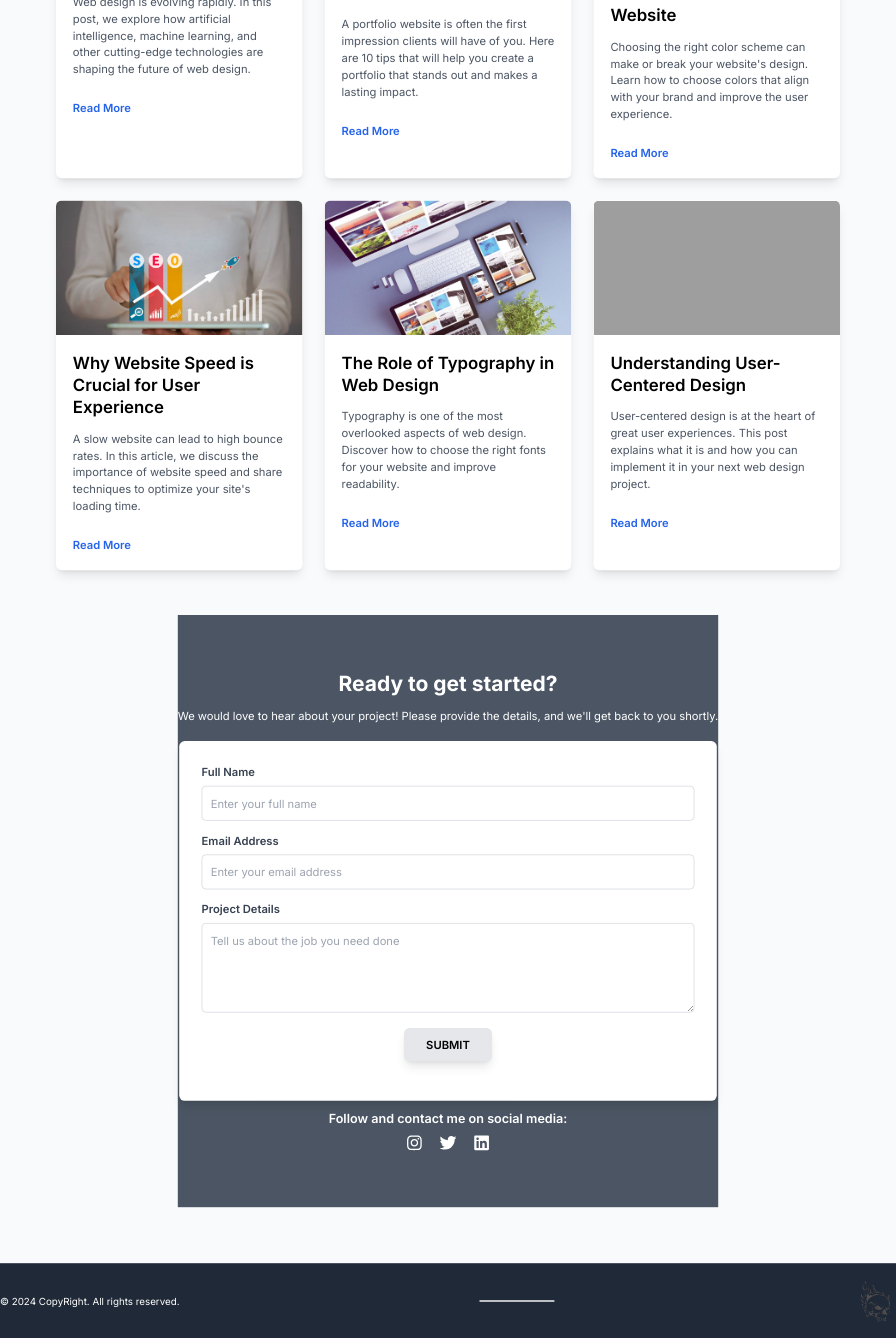
Repository: TheSecretlifeOfX/landing1
Page: /
The author's editor kept a copy of each file at every save. The page is drawn from the files as they stood at one save, then again after the next save.
The browser window is 1280 px wide. The pictures show the part of the page from y = 2982 to 4902 px (the page is 4894 px tall before and 4902 px after), at 70% of full size.
Pictures or frames that could not be fetched are drawn as grey boxes. The project was rebuilt for these pictures with package versions that can differ from the ones it lists, and the page was loaded fresh each time. The framework's server and built-in components were replaced by stand-ins that run in the browser. Also part of the build but not shown: next.config.js.

Above is the page before, as saved 2024-11-16 08:48:01.

### app/layout.tsx
import Link from 'next/link'
import './globals.css'
import type { Metadata } from 'next'
import { Inter } from 'next/font/google'

import Navbar from "@/app/components/Navbar";
import Footer from '@/app/components/Footer';


const inter = Inter({ subsets: ['latin'] })

export const metadata: Metadata = {
  title: 'Create Next App',
  description: 'Generated by create next app',
}

export default function RootLayout({
  children,
}: {
  children: React.ReactNode
}) {
  return (
    <html lang="en">
      <body className={inter.className}>
      <nav>
        <Navbar />
      </nav>
      {children}
      <footer>
        <Footer />
      </footer>
      </body>
    </html>
  )
}

### app/page.tsx
import HeroSection from "@/app/components/HeroSection";
import FeaturesSection from "@/app/components/FeaturesSection";
import CallToAction from "@/app/components/CallToAction";
import Service from "@/app/components/Service";
import Blog from "@/app/components/Blog";
// app/page.tsx
export default function Home() {
  return (
    <main className="flex flex-col items-center justify-center min-h-screen px-4 bg-gray-50">
      <HeroSection />
      <FeaturesSection />
      <Service />
      <Blog />
      <CallToAction />
    </main>
  );
}

### app/components/Navbar.tsx
// src/components/Navbar.tsx
import React from "react";
import Link from "next/link";
import Image from "next/image";

export default function Navbar() {
  return (
    <nav className="fixed top-0 left-0 w-full bg-gray-800 p-2 text-white shadow-md z-50">
      <div className="container mx-auto flex items-center">
        {/* Logo Section on the Left */}
        <div className="flex items-center mr-10 ml-[-50]">
          <Link href="/">
            <Image
              src="/Images/Logo.png"
              alt="MyBrand Logo"
              width={60}
              height={60}
              className="cursor-pointer"
              priority
            />
          </Link>
        </div>

        {/* Navigation Links Centered */}
        <ul className="flex space-x-4">
          <li>
            <a href="#hero" className="hover:text-gray-400">
              About Me
            </a>
          </li>
          <li>
            <a href="#features" className="hover:text-gray-400">
              Portfolio
            </a>
          </li>
          <li>
            <a href="#service" className="hover:text-gray-400">
              Services
            </a>
          </li>
          <li>
            <a href="#blog" className="hover:text-gray-400">
              Blog
            </a>
          </li>
        </ul>

        {/* "Book A Call" Button on the Right */}
        <ul className="flex items-center ml-auto">
  <li>
    <a
      href="#contact"
      className="flex items-center px-4 py-2 text-white font-semibold rounded-lg hover:bg-gray-700 transition duration-300 underline"
    >
      Book A Call
      <svg
        xmlns="http://www.w3.org/2000/svg"
        viewBox="0 0 24 24"
        fill="none"
        stroke="currentColor"
        strokeWidth="2"
        className="w-5 h-5 ml-2"
      >
        <path
          d="M7 17L17 7M7 7h10v10"
          strokeLinecap="round"
          strokeLinejoin="round"
        />
      </svg>
    </a>
  </li>
</ul>
      </div>
    </nav>
  );
}

### app/components/Footer.tsx
import React from 'react';
import Image from 'next/image';

export default function Footer() {
  return (
    <footer className="bg-gray-800 text-white py-6">
      <div className="container mx-auto flex justify-between items-center">
        {/* Copyright Notice on the Left */}
        <div className="text-sm">
          <p>&copy; 2024 CopyRight. All rights reserved.</p>
        </div>

        {/* Double Line Divider */}
        <div className="w-1/12 border-t-2 border-white mx-4"></div> {/* Double Line Divider */}

        {/* Logo on the Right */}
        <div>
          <Image
            src="/Images/Logo.png"
            alt="Logo"
            width={60}
            height={60}
            className="cursor-pointer"
          />
        </div>
      </div>
    </footer>
  );
}

### app/components/HeroSection.tsx
// components/HeroSection.tsx
export default function HeroSection() {
  return (
    <section
      id="hero"
      className="w-full py-32 bg-white-600 text-gray-600 flex flex-col items-center justify-center mt-20"
    >
      <h1 className="text-5xl font-bold mb-8">About Me</h1>
      <p className="text-xl mb-12 max-w-3xl text-center">
        I'm a passionate web developer who builds modern, responsive websites with Next.js and other cutting-edge technologies.
      </p>

      {/* About Me Cards */}
      <div className="grid grid-cols-1 sm:grid-cols-2 lg:grid-cols-3 gap-8 px-4">
        {/* Card 1 - Bio */}
        <div className="bg-gray-400 text-black-600 rounded-lg shadow-lg p-6 hover:shadow-xl transition duration-300">
          <h3 className="text-2xl font-semibold mb-4">Bio</h3>
          <p className="text-lg">
            I'm a self-taught developer with a passion for learning and building. With a strong foundation in JavaScript and React, I enjoy turning ideas into functional and beautiful websites.
          </p>
        </div>

        {/* Card 2 - Skills */}
        <div className="bg-gray-400 text-black-600 rounded-lg shadow-lg p-6 hover:shadow-xl transition duration-300">
          <h3 className="text-2xl font-semibold mb-4">Skills</h3>
          <ul className="text-lg list-disc pl-5">
            <li>JavaScript / TypeScript</li>
            <li>React / Next.js</li>
            <li>HTML & CSS</li>
            <li>Node.js</li>
            <li>Tailwind CSS</li>
          </ul>
        </div>

        {/* Card 3 - Experience */}
        <div className="bg-gray-400 text-black-600 rounded-lg shadow-lg p-6 hover:shadow-xl transition duration-300">
          <h3 className="text-2xl font-semibold mb-4">Experience</h3>
          <p className="text-lg">
            Over the past 3 years, I have worked on various web development projects, building both front-end and back-end solutions. My experience spans across freelancing, contributing to open-source, and working in teams.
          </p>
        </div>
      </div>
    </section>
  );
}

### app/components/FeaturesSection.tsx
// components/FeaturesSection.tsx
export default function FeaturesSection() {
  return (
    <section id="features" className="py-16 bg-gray-50">
      <div className="max-w-6xl mx-auto px-4">
        <h2 className="text-3xl font-bold text-center mb-12">My Portfolio</h2>
        <div className="grid grid-cols-1 sm:grid-cols-2 lg:grid-cols-3 gap-8">
          {/* Project 1 */}
          <Project
            title="Project One"
            description="A modern website built with React and Next.js."
            imageSrc="/path/to/image1.jpg"
            link="#"
          />
          {/* Project 2 */}
          <Project
            title="Project Two"
            description="E-commerce site with full payment integration."
            imageSrc="/path/to/image2.jpg"
            link="#"
          />
          {/* Project 3 */}
          <Project
            title="Project Three"
            description="A mobile app interface designed with Flutter."
            imageSrc="/path/to/image3.jpg"
            link="#"
          />
          {/* Project 4 */}
          <Project
            title="Project Four"
            description="A personal blog with SEO optimization and markdown support."
            imageSrc="/path/to/image4.jpg"
            link="#"
          />
          {/* Project 5 */}
          <Project
            title="Project Five"
            description="A portfolio website with smooth animations."
            imageSrc="/path/to/image5.jpg"
            link="#"
          />
          {/* Project 6 */}
          <Project
            title="Project Six"
            description="A social networking app with real-time messaging."
            imageSrc="/path/to/image6.jpg"
            link="#"
          />
        </div>
      </div>
    </section>
  );
}

function Project({
  title,
  description,
  imageSrc,
  link,
}: {
  title: string;
  description: string;
  imageSrc: string;
  link: string;
}) {
  return (
    <div className="bg-white rounded-lg shadow-lg overflow-hidden">
      <img src={imageSrc} alt={title} className="w-full h-48 object-cover" />
      <div className="p-6">
        <h3 className="text-xl font-semibold mb-2">{title}</h3>
        <p className="text-gray-600 mb-4">{description}</p>
        <a
          href={link}
          className=" text-blue-600 hover:text-blue-800 font-semibold flex items-center"
        >
          View Project
          <svg
            xmlns="http://www.w3.org/2000/svg"
            viewBox="0 0 24 24"
            fill="none"
            stroke="currentColor"
            strokeWidth="2"
            className="w-5 h-5 ml-2 transform rotate-45"
          >
            <path
              d="M7 17L17 7M7 7h10v10"
              strokeLinecap="round"
              strokeLinejoin="round"
            />
          </svg>
        </a>
      </div>
    </div>
  );
}

### app/components/CallToAction.tsx
import React from 'react';
import { FaInstagram, FaTwitter, FaLinkedin } from 'react-icons/fa'; // Import icons from react-icons

export default function CallToAction() {
  return (
    <section id="contact" className="py-20 text-center bg-gray-600 text-white mt-[-90] mb-20">
      <h2 className="text-3xl font-bold mb-4">Ready to get started?</h2>
      <p className="mb-6">We would love to hear about your project! Please provide the details, and we'll get back to you shortly.</p>

      {/* Contact Form */}
      <form className="max-w-3xl mx-auto bg-white p-8 rounded-lg shadow-lg">
        <div className="mb-4">
          <label htmlFor="name" className="block text-left text-gray-700 font-semibold mb-2">Full Name</label>
          <input
            type="text"
            id="name"
            name="name"
            placeholder="Enter your full name"
            className="w-full p-3 border border-gray-300 rounded-md"
            required
          />
        </div>

        <div className="mb-4">
          <label htmlFor="email" className="block text-left text-gray-700 font-semibold mb-2">Email Address</label>
          <input
            type="email"
            id="email"
            name="email"
            placeholder="Enter your email address"
            className="w-full p-3 border border-gray-300 rounded-md"
            required
          />
        </div>

        <div className="mb-4">
          <label htmlFor="job-details" className="block text-left text-gray-700 font-semibold mb-2">Project Details</label>
          <textarea
            id="job-details"
            name="job-details"
            placeholder="Tell us about the job you need done"
            className="w-full p-3 border border-gray-300 rounded-md h-32"
            required
          />
        </div>

        <div className="mb-6">
          <button type="submit" className="px-8 py-3 bg-gray-200 text-black font-semibold rounded-lg shadow-lg hover:bg-gray-400">
            SUBMIT
          </button>
        </div>
      </form>

      {/* Social Media Links with Icons */}
      <div className="mt-3">
        <p className="text-lg font-semibold">Follow and contact me on social media:</p>
        <div className="flex justify-center space-x-6 mt-2">
          <a
            href="https://instagram.com"
            target="_blank"
            rel="noopener noreferrer"
            className="text-white hover:text-gray-200 transition-colors"
          >
            <FaInstagram className="w-6 h-6" /> {/* Instagram Icon */}
          </a>
          <a
            href="https://twitter.com"
            target="_blank"
            rel="noopener noreferrer"
            className="text-white hover:text-gray-200 transition-colors"
          >
            <FaTwitter className="w-6 h-6" /> {/* Twitter Icon */}
          </a>
          <a
            href="https://linkedin.com"
            target="_blank"
            rel="noopener noreferrer"
            className="text-white hover:text-gray-200 transition-colors"
          >
            <FaLinkedin className="w-6 h-6" /> {/* LinkedIn Icon */}
          </a>
        </div>
      </div>
    </section>
  );
}

### app/components/Blog.tsx
import React from 'react';

export default function Blog() {
  return (
    <section id="blog" className="py-16 bg-gray-50">
      <div className="max-w-6xl mx-auto px-4">
        <h2 className="text-3xl font-bold text-center mb-12">Latest Blog Posts</h2>
        <div className="grid grid-cols-1 sm:grid-cols-2 lg:grid-cols-3 gap-8">
          {/* Blog Post 1 */}
          <div className="bg-white rounded-lg shadow-lg overflow-hidden transform transition-transform hover:scale-105 hover:rotate-3">
            <img src="/path/to/image1.jpg" alt="Blog Image 1" className="w-full h-48 object-cover" />
            <div className="p-6">
              <h3 className="text-2xl font-semibold mb-4">The Future of Web Design</h3>
              <p className="text-gray-600 mb-4">
                Web design is evolving rapidly. In this post, we explore how artificial intelligence, machine learning, and other cutting-edge technologies are shaping the future of web design.
              </p>
              <a
                href="#"
                className="text-blue-600 font-semibold hover:text-blue-800 inline-block mt-4"
              >
                Read More
              </a>
            </div>
          </div>

          {/* Blog Post 2 */}
          <div className="bg-white rounded-lg shadow-lg overflow-hidden transform transition-transform hover:scale-105 hover:rotate-3">
            <img src="/path/to/image2.jpg" alt="Blog Image 2" className="w-full h-48 object-cover" />
            <div className="p-6">
              <h3 className="text-2xl font-semibold mb-4">10 Tips for a Stunning Portfolio Website</h3>
              <p className="text-gray-600 mb-4">
                A portfolio website is often the first impression clients will have of you. Here are 10 tips that will help you create a portfolio that stands out and makes a lasting impact.
              </p>
              <a
                href="#"
                className="text-blue-600 font-semibold hover:text-blue-800 inline-block mt-4"
              >
                Read More
              </a>
            </div>
          </div>

          {/* Blog Post 3 */}
          <div className="bg-white rounded-lg shadow-lg overflow-hidden transform transition-transform hover:scale-105 hover:rotate-3">
            <img src="/path/to/image3.jpg" alt="Blog Image 3" className="w-full h-48 object-cover" />
            <div className="p-6">
              <h3 className="text-2xl font-semibold mb-4">How to Choose the Right Color Scheme for Your Website</h3>
              <p className="text-gray-600 mb-4">
                Choosing the right color scheme can make or break your website's design. Learn how to choose colors that align with your brand and improve the user experience.
              </p>
              <a
                href="#"
                className="text-blue-600 font-semibold hover:text-blue-800 inline-block mt-4"
              >
                Read More
              </a>
            </div>
          </div>

          {/* Blog Post 4 */}
          <div className="bg-white rounded-lg shadow-lg overflow-hidden transform transition-transform hover:scale-105 hover:rotate-3">
            <img src="/path/to/image4.jpg" alt="Blog Image 4" className="w-full h-48 object-cover" />
            <div className="p-6">
              <h3 className="text-2xl font-semibold mb-4">Why Website Speed is Crucial for User Experience</h3>
              <p className="text-gray-600 mb-4">
                A slow website can lead to high bounce rates. In this article, we discuss the importance of website speed and share techniques to optimize your site's loading time.
              </p>
              <a
                href="#"
                className="text-blue-600 font-semibold hover:text-blue-800 inline-block mt-4"
              >
                Read More
              </a>
            </div>
          </div>

          {/* Blog Post 5 */}
          <div className="bg-white rounded-lg shadow-lg overflow-hidden transform transition-transform hover:scale-105 hover:rotate-3">
            <img src="/path/to/image5.jpg" alt="Blog Image 5" className="w-full h-48 object-cover" />
            <div className="p-6">
              <h3 className="text-2xl font-semibold mb-4">The Role of Typography in Web Design</h3>
              <p className="text-gray-600 mb-4">
                Typography is one of the most overlooked aspects of web design. Discover how to choose the right fonts for your website and improve readability.
              </p>
              <a
                href="#"
                className="text-blue-600 font-semibold hover:text-blue-800 inline-block mt-4"
              >
                Read More
              </a>
            </div>
          </div>

          {/* Blog Post 6 */}
          <div className="bg-white rounded-lg shadow-lg overflow-hidden transform transition-transform hover:scale-105 hover:rotate-3">
            <img src="/path/to/image6.jpg" alt="Blog Image 6" className="w-full h-48 object-cover" />
            <div className="p-6">
              <h3 className="text-2xl font-semibold mb-4">Understanding User-Centered Design</h3>
              <p className="text-gray-600 mb-4">
                User-centered design is at the heart of great user experiences. This post explains what it is and how you can implement it in your next web design project.
              </p>
              <a
                href="#"
                className="text-blue-600 font-semibold hover:text-blue-800 inline-block mt-4"
              >
                Read More
              </a>
            </div>
          </div>
        </div>
      </div>
    </section>
  );
}

Loaded but not shown: app/globals.css (common file); tailwind.config.js (common file); app/components/Service.tsx (156 lines, source omitted)

After the next save:
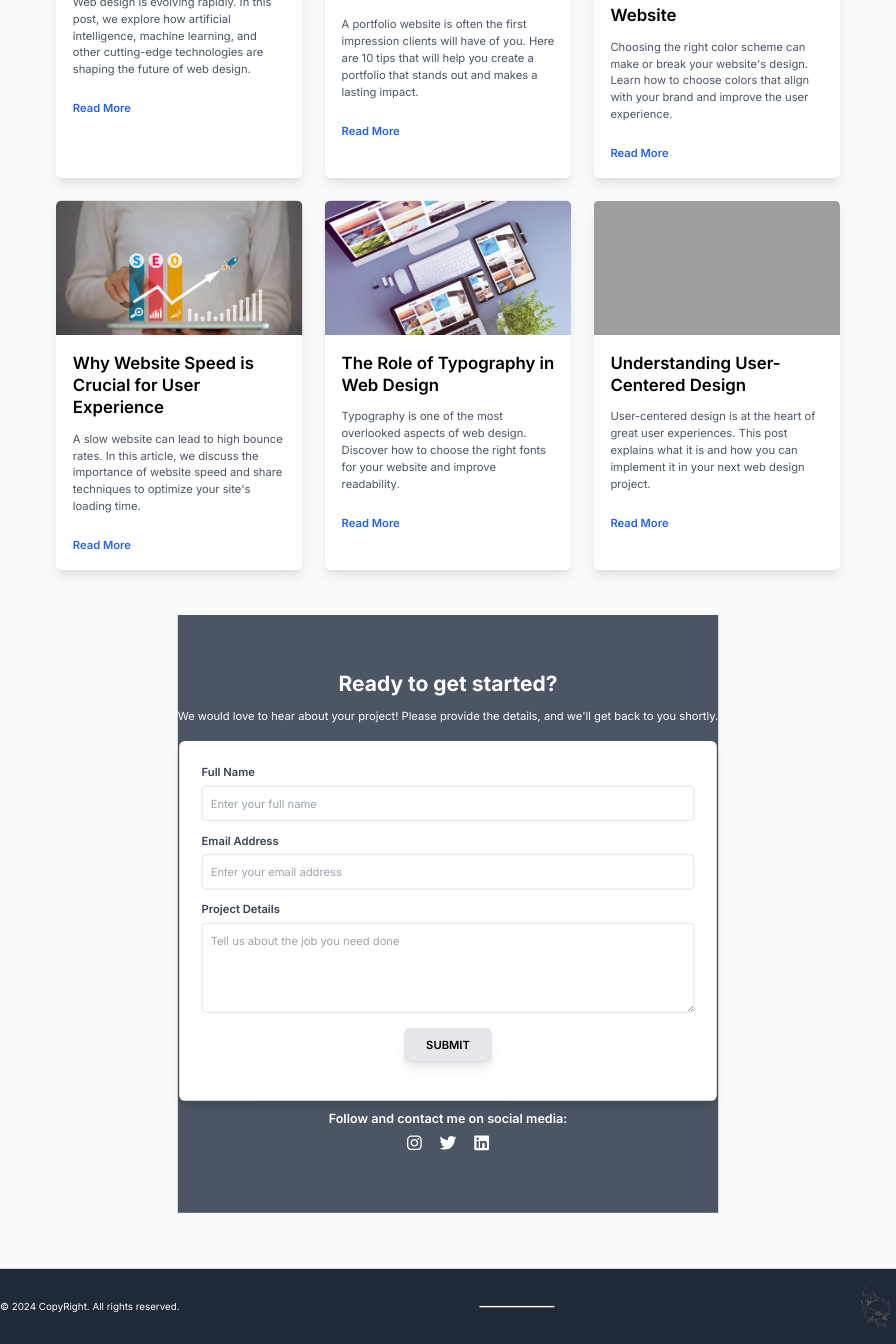
Saved 10 s later.
--- a/app/components/CallToAction.tsx
+++ b/app/components/CallToAction.tsx
@@ -54,7 +54,7 @@ export default function CallToAction() {
       {/* Social Media Links with Icons */}
       <div className="mt-3">
         <p className="text-lg font-semibold">Follow and contact me on social media:</p>
-        <div className="flex justify-center space-x-6 mt-2">
+        <div className="flex justify-center space-x-6 mt-2 mb-2">
           <a
             href="https://instagram.com"
             target="_blank"
